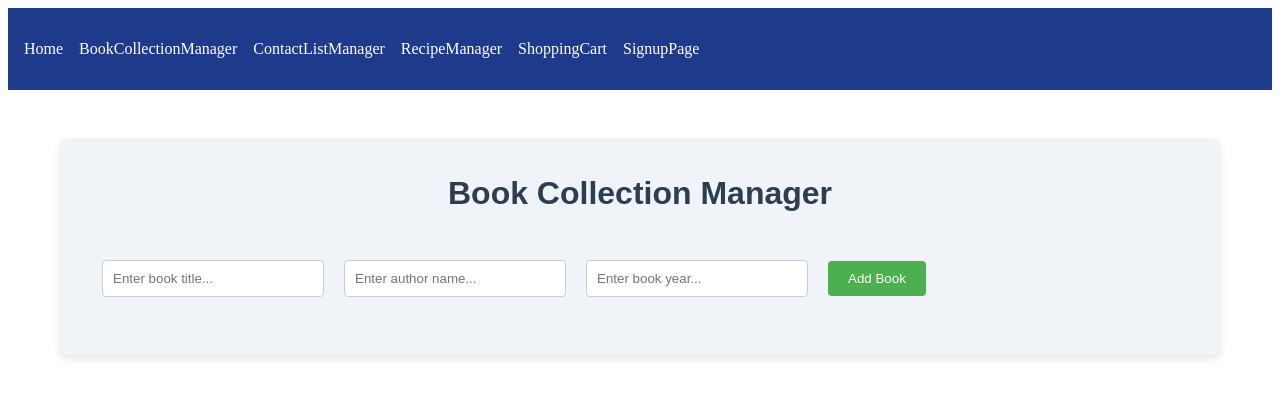
Repository: Miro193/cm1
Page: /#/books
An editor plug-in stored every save of this project. The page is shown before and after the next save, followed by the edit.
The browser window is 1280 px wide. The pictures show the whole page.
The project was rebuilt for these pictures with package versions that can differ from the ones it lists, and the page was loaded fresh each time. Also part of the build but not shown: vite.config.js, src/index.css, src/components/Home.jsx, src/components/NotFound.jsx, src/components/ContactListManager/ContactListManager.css, src/components/ContactListManager/ContactListManager.jsx, src/components/RecipeManager/RecipeManager.jsx, src/components/ShoppingCart/ShoppingCart.css and 3 more.

Above is the page before, as saved 2025-02-07 10:57:36.

After the next save:
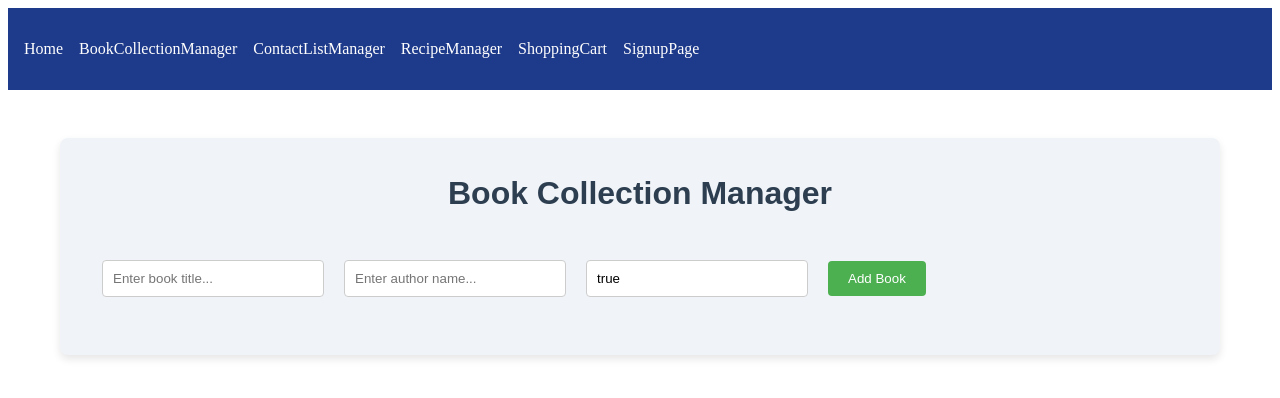
Saved 4 s later.
--- a/src/components/BookCollectionManager/BookCollectionManager.jsx
+++ b/src/components/BookCollectionManager/BookCollectionManager.jsx
@@ -55,6 +55,7 @@
         <input
           type="text"
           placeholder="Enter book year..."
+          value
         />
         <button onClick={addBook}>Add Book</button>
       </div>

After the 4 saves that followed:
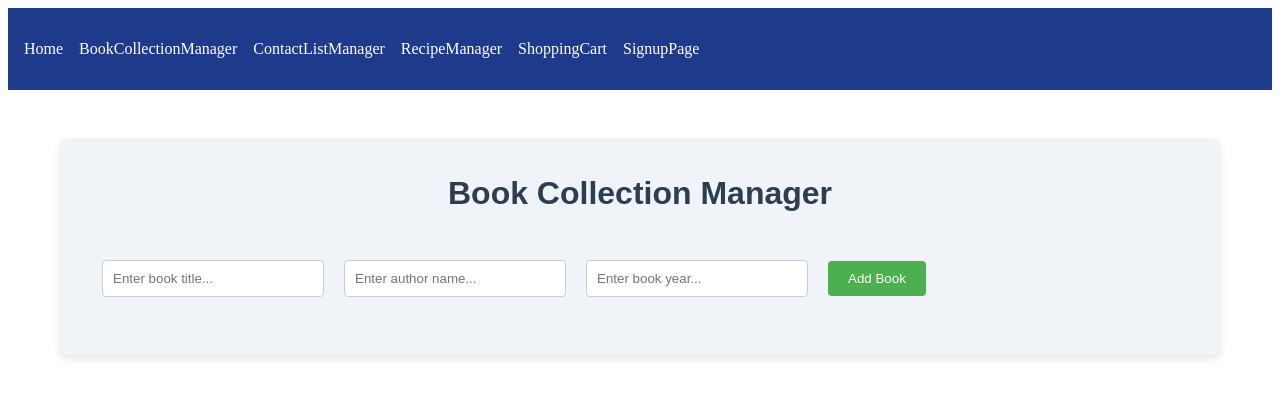
The 4 saves are shown as one change because they came seconds apart.
The last was saved 11 s later.
--- a/src/components/BookCollectionManager/BookCollectionManager.jsx
+++ b/src/components/BookCollectionManager/BookCollectionManager.jsx
@@ -55,7 +55,8 @@
         <input
           type="text"
           placeholder="Enter book year..."
-          value
+          value={year}
+          onchange
         />
         <button onClick={addBook}>Add Book</button>
       </div>
